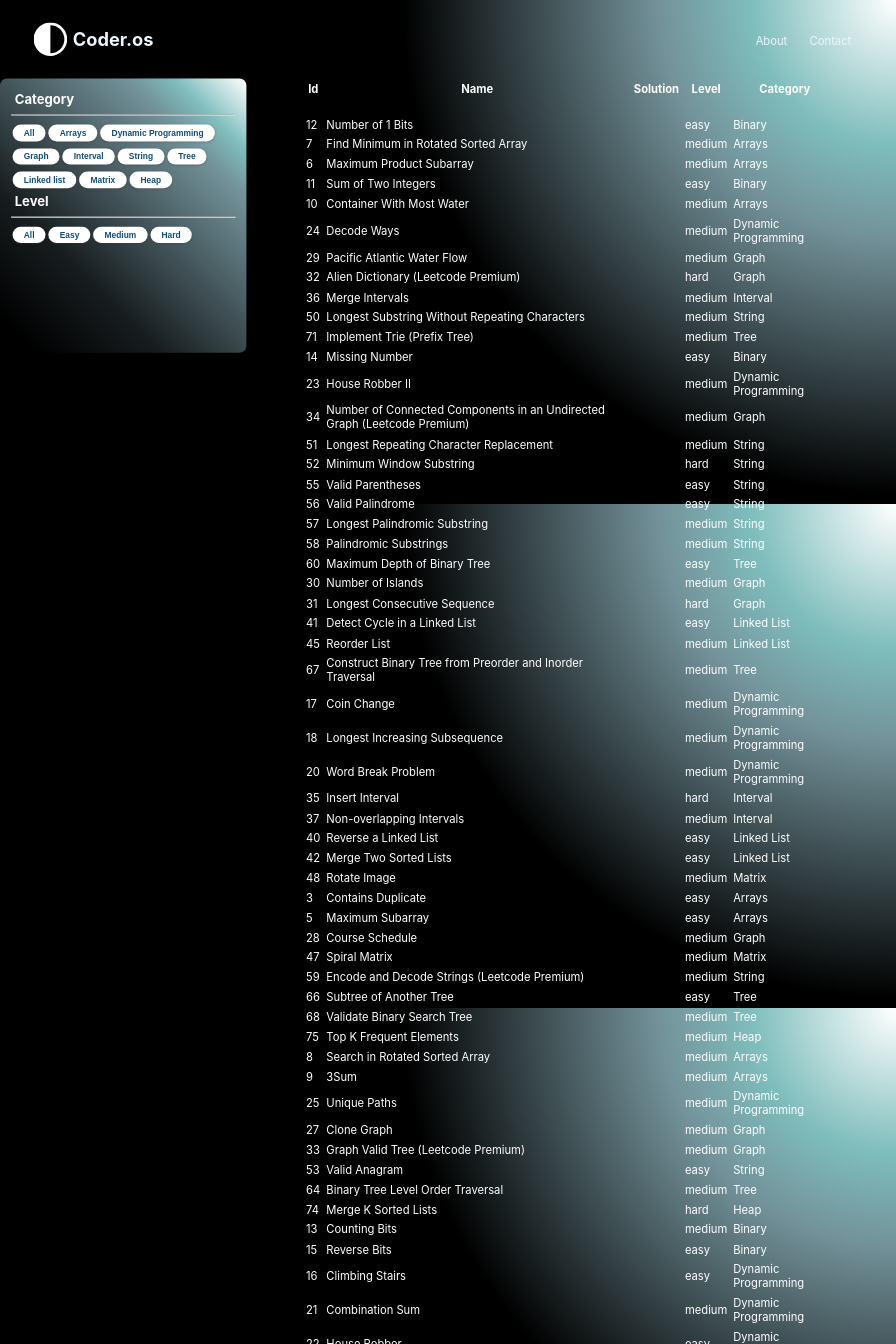
Repository: xoshiraghavx/Coder.os
Page: /mainpage (app in my-app/)
An editor plug-in stored every save of this project. The page is shown before and after a run of saves, followed by the edit.
The browser window is 1280 px wide. The pictures show the part of the page from y = 0 to 1920 px (the page is 2553 px tall before and 3436 px after), at 70% of full size.
Backgrounds fixed to the window are drawn as part of the page. The project was rebuilt for these pictures with package versions that can differ from the ones it lists, and the page was loaded fresh each time. Also part of the build but not shown: my-app/src/components/Home/Home.css, my-app/src/components/Home/Home.jsx.

Above is the page before, as saved 2022-12-17 14:05:34.

### my-app/public/index.html
<!DOCTYPE html>
<html lang="en">
  <head>
    <meta charset="utf-8" />
    <link rel="icon" href="%PUBLIC_URL%/assests/logo.png" />
    <meta name="viewport" content="width=device-width, initial-scale=1" />
    <meta name="theme-color" content="#000000" />
    <meta
      name="description"
      content="Web site created using create-react-app"
    />
    <link rel="apple-touch-icon" href="%PUBLIC_URL%/logo192.png" />
    <!--
      manifest.json provides metadata used when your web app is installed on a
      user's mobile device or desktop. See https://developers.google.com/web/fundamentals/web-app-manifest/
    -->
    <link rel="manifest" href="%PUBLIC_URL%/manifest.json" />
    <!--
      Notice the use of %PUBLIC_URL% in the tags above.
      It will be replaced with the URL of the `public` folder during the build.
      Only files inside the `public` folder can be referenced from the HTML.

      Unlike "/favicon.ico" or "favicon.ico", "%PUBLIC_URL%/favicon.ico" will
      work correctly both with client-side routing and a non-root public URL.
      Learn how to configure a non-root public URL by running `npm run build`.
    -->
    <title>Coder.os</title>
  </head>
  <body>
    <noscript>You need to enable JavaScript to run this app.</noscript>
    <div id="root"></div>
    <!--
      This HTML file is a template.
      If you open it directly in the browser, you will see an empty page.

      You can add webfonts, meta tags, or analytics to this file.
      The build step will place the bundled scripts into the <body> tag.

      To begin the development, run `npm start` or `yarn start`.
      To create a production bundle, use `npm run build` or `yarn build`.
    -->
  </body>
</html>

### my-app/src/index.js
import React from 'react';
import ReactDOM from 'react-dom/client';
import './index.css';
import App from './App';
import {BrowserRouter as Router} from "react-router-dom";


const root = ReactDOM.createRoot(document.getElementById('root'));
root.render(
  <Router>
  <App />
  </Router>

);

// If you want to start measuring performance in your app, pass a function
// to log results (for example: reportWebVitals(console.log))
// or send to an analytics endpoint. Learn more: https://bit.ly/CRA-vitals

### my-app/src/index.css
body {
  height: 100%;
  padding: 0;
  margin: 0;
  font-family: -apple-system, BlinkMacSystemFont, 'Segoe UI', 'Roboto', 'Oxygen',
    'Ubuntu', 'Cantarell', 'Fira Sans', 'Droid Sans', 'Helvetica Neue',
    sans-serif;
  -webkit-font-smoothing: antialiased;
  -moz-osx-font-smoothing: grayscale;
background: rgb(255,255,255);
background: radial-gradient(circle at top right, rgba(255,255,255,1) 0%, rgba(127,190,189,1) 14%, rgba(115,146,154,1) 23%, rgba(0,0,0,1) 48%);
background-repeat: no-repeat;
height: 100%;
background-attachment: fixed;
/* color: #fff; */
}

code {
  font-family: source-code-pro, Menlo, Monaco, Consolas, 'Courier New',
    monospace;
}

/*
===============
Variables
===============
*/

:root {
  /* dark shades of primary color*/
  --clr-primary-1: hsl(205, 86%, 17%);
  --clr-primary-2: hsl(205, 77%, 27%);
  --clr-primary-3: hsl(205, 72%, 37%);
  --clr-primary-4: hsl(205, 63%, 48%);
  /* primary/main color */
  --clr-primary-5: hsl(205, 78%, 60%);
  /* lighter shades of primary color */
  --clr-primary-6: hsl(205, 89%, 70%);
  --clr-primary-7: hsl(205, 90%, 76%);
  --clr-primary-8: hsl(205, 86%, 81%);
  --clr-primary-9: hsl(205, 90%, 88%);
  --clr-primary-10: hsl(205, 100%, 96%);
  /* darkest grey - used for headings */
  --clr-grey-1: hsl(209, 61%, 16%);
  --clr-grey-2: hsl(211, 39%, 23%);
  --clr-grey-3: hsl(209, 34%, 30%);
  --clr-grey-4: hsl(209, 28%, 39%);
  /* grey used for paragraphs */
  --clr-grey-5: hsl(210, 22%, 49%);
  --clr-grey-6: hsl(209, 23%, 60%);
  --clr-grey-7: hsl(211, 27%, 70%);
  --clr-grey-8: hsl(210, 31%, 80%);
  --clr-grey-9: hsl(212, 33%, 89%);
  --clr-grey-10: hsl(210, 36%, 96%);
  --clr-white: #fff;
  --clr-red-dark: hsl(360, 67%, 44%);
  --clr-red-light: hsl(360, 71%, 66%);
  --clr-green-dark: hsl(125, 67%, 44%);
  --clr-green-light: hsl(125, 71%, 66%);
  --clr-black: #222;
  --ff-primary: "Roboto", sans-serif;
  --ff-secondary: "Open Sans", sans-serif;
  --transition: all 0.3s linear;
  --spacing: 0.1rem;
  --radius: 0.25rem;
  --light-shadow: 0 5px 15px rgba(0, 0, 0, 0.1);
  --dark-shadow: 0 5px 15px rgba(0, 0, 0, 0.2);
  --max-width: 1170px;
  --fixed-width: 620px;
}
h1{
  color: var(--clr-primary-10);
}

### my-app/src/App.jsx
import React from "react";
import Home from "./components/Home/Home";
import MainPage from "./components/MainPage/MainPage";
import {Routes, Route} from "react-router-dom";

function App() {
  return (

     <Routes>
        <Route path="/" element={<Home />} />
          <Route path="/mainpage" element={<MainPage />} />
      </Routes>
  );
}

export default App;

### my-app/src/components/MainPage/MainPage.jsx
import "./MainPage.css";
import FilterSection from "./FilterSection";
import QuestionBank from "./QuestionBank";
import NavBar from "../NavBar/Navbar";

function MainPage() {
  return (
    <div>
      <NavBar />
      <div className="main-section">
        <FilterSection />
        <QuestionBank />
      </div>
    </div>
  );
}

export default MainPage;

### my-app/src/components/NavBar/Navbar.jsx
import "./NavBar.css";

function NavBar() {
  return (
    <div className="navbar">
      <div className="navbar-wrapper">
        <div className="navbar-logo">
          <img src="assests/code-simple.svg" alt="" />
          <div className="nav-bar-logo__name">Coder.os</div>
        </div>
        <div className="navbar-list">
          <ul>
            <li>
              <a>About</a>
            </li>
            <li>
              <a>Contact</a>
            </li>
          </ul>
        </div>
      </div>
    </div>
  );
}

export default NavBar;

### my-app/src/components/MainPage/MainPage.css

.main-section {
  display: flex;
  flex-direction: row;
}
@media only screen and (max-width: 1100px){
  .main-section{
      display: flex;
     flex-direction: column;
  }
}

### my-app/src/components/MainPage/FilterSection.jsx
import React from "react";
import "./FilterSection.css";

function FilterSection() {
  const Button = [
    {
      Name: "All",
    },
    {
      Name: "Arrays",
    },
    {
      Name: "Dynamic Programming",
    },
    {
      Name: "Graph",
    },
    {
      Name: "Interval",
    },
    {
      Name: "String",
    },
    {
      Name: "Tree",
    },
    {
      Name: "Linked list",
    },
    {
      Name: "Matrix",
    },
    {
      Name: "Heap",
    },
  ];
  const Level = [
    {
      Name: 'All',
    },
    {
      Name: 'Easy',
    },
    {
      Name: 'Medium',
    },
    {
      Name: 'Hard',
    }
  ]
  return (
    <div>
      <div className="filter-section">
        <div className="category">
          <div className="category-heading">
            <h3 className="title">Category</h3>
            <hr />
          </div>
          <div className="category-buttons">
          {Button.map((button) => (
            <button className="buttons">{button.Name}</button>
          ))}
          </div>
        </div>

        <div className="level">
          <div className="level-heading">
            <h3 className="title">Level</h3>
            <hr />
          </div>
        </div>
        <div className="level-buttons">
          {
            Level.map((level)=>(
              <button className="buttons">{level.Name}</button>
            ))
          }

        </div>
      </div>
    </div>
  );
}

export default FilterSection;

### my-app/src/components/MainPage/QuestionBank.jsx
import React from "react";
import "./QuestionBank.css";
import Questions from "../../assests/updated.json";

function QuestionBank() {
  return (
    <div>
      <div className="ques-section">
        <table id="customer">
          <tr>
            <th>Id</th>
            <th>Name</th>
            <th>Solution</th>
            <th>Level</th>
            <th>Category</th>
          </tr>
          <br />
          {Questions.map((question) => (
            <>
              <tr>
                <td>{question.Id}</td>
                <td>{question.Name}</td>
                <td>{question.Solution}</td>
                <td>{question.Level}</td>
                <td>{question.Category}</td>
              </tr>
            </>
          ))}
        </table>
      </div>
    </div>
  );
}

export default QuestionBank;

### my-app/src/components/NavBar/NavBar.css
.navbar-wrapper{
    height: auto;
    display: flex;
    flex-direction: row;
    padding: 2rem 3rem;
}
.navbar-logo img{
    height: 3rem;
}
.navbar-logo{
    display: flex;
    flex-direction: row;
    color: var(--clr-primary-10);
}
.nav-bar-logo__name{
    margin: 0.5rem;
    font-weight: bold;
    font-size: 26px;
}
.navbar-list ul{
    list-style-type: none;
    display: flex;
    flex-direction: row;
    margin: 0;
    padding: 0rem 3rem;
}
.navbar-list li a{
    padding: 0.5rem ;
    margin: 0.5rem;
    color: var(--clr-primary-10);
}
.navbar-list{
    position: absolute;
    right: 0;
    margin-top: 1rem;
}
.navbar-list li :hover{
    color: var(--clr-primary-1);
    cursor: pointer;
    font-size: large;
}
@media only screen and (max-width: 600px){
    .navbar-list ul{
        padding: 0rem;
    }
    .navbar-logo img{
        height: 2.5rem;
    }
   .nav-bar-logo__name{
        font-size: 20px;
    }
}

### my-app/src/components/MainPage/FilterSection.css
.filter-section {
  background: rgb(255, 255, 255);
  background: linear-gradient(
    225deg,
    rgba(255, 255, 255, 1) 0%,
    rgba(173, 213, 213, 1) 9%,
    rgba(136, 195, 194, 1) 13%,
    rgba(127, 190, 189, 1) 14%,
    rgba(115, 146, 154, 1) 23%,
    rgba(23, 29, 31, 1) 69%,
    rgba(0, 0, 0, 1) 93%
  );
  width: 20rem;
  height: 50vh;
  border-radius: 10px;
  border-color: white;
  padding: 1rem;
}
.buttons {
  background-color: white;
  padding: 0.3rem 1rem;
  border-radius: 100px;
  font-size: 12px;
  color: var(--clr-primary-2);
  font-weight: bold;
  margin: 5px 2px;
  box-shadow: rgba(60, 64, 67, 0.3) 0px 1px 2px 0px,
    rgba(60, 64, 67, 0.15) 0px 1px 3px 1px;
  border: none;
}
h3 {
  color: #ffffff;
}
.title {
  margin: auto;
  padding: 2px 5px;
}
.buttons:hover {
  cursor: pointer;
}
@media only screen and (max-width: 1100px){
  .filter-section{
    width: 80%;
    height: 20vh;
  }
}

### my-app/src/components/MainPage/QuestionBank.css
.ques-section{
    position: absolute;
    right: 0;
    margin-right: 5rem;
    width: 60%;
}
th, td {
    /* border:solid white; */
    color: #ffffff;
    padding: 0.2rem;
}
table{
    width: 100%;
}
#customers {
    font-family: Arial, Helvetica, sans-serif;
    border-collapse: collapse;
    width: 100%;
  }

  #customers td, #customers th {
    border: 1px solid #ddd;
    padding: 8px;
  }

  #customers tr:nth-child(even){background-color: #f2f2f2;}

  #customers tr:hover {background-color: #ddd;}

  #customers th {
    padding-top: 12px;
    padding-bottom: 12px;
    text-align: left;
    background-color: #04AA6D;
    color: white;
  }
.ques-bar{
   display: flex;
  flex-direction: row;
  font-weight: bold;
  justify-content: space-between;
  background: #ffffff;
  padding: 1rem;
  border-radius: 20px;
}
.ques-bank{
    margin-top: 1rem;
    background: #ffffff;
    padding: 1rem;
    font-weight: bold;
    border-radius: 20px;
}
.ques{
    display: flex;
    flex-direction: row;
    justify-content: space-between;
}
@media only screen and (max-width: 1100px){
    .ques-section{
        position: absolute;
        left: 0;
        top: 23rem;
        width: 80%;
        margin-left: 2rem;
    }
}

Loaded but not shown: my-app/src/assests/updated.json (677 lines, source omitted)

After the next 6 saves:
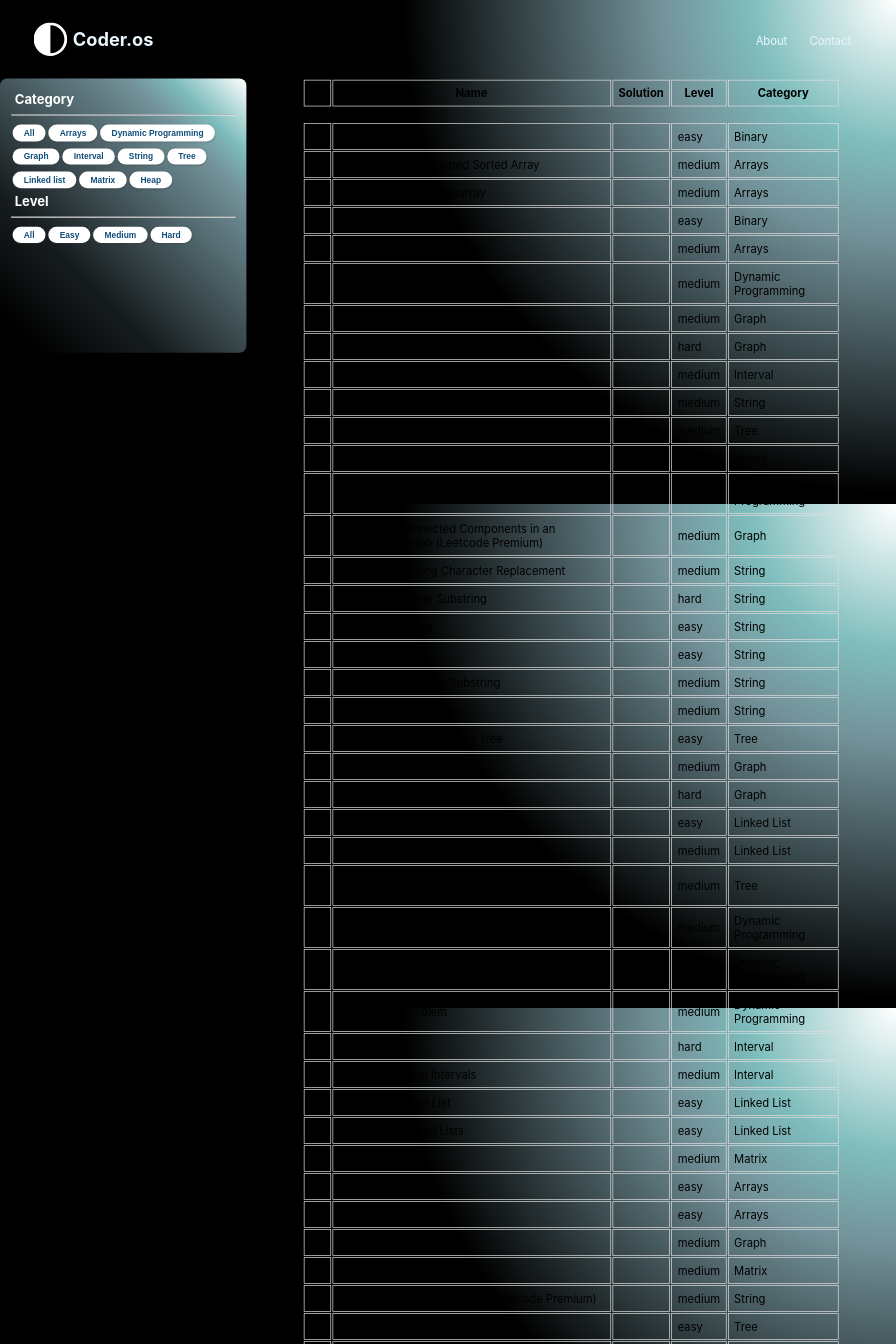
The 6 saves are shown as one change because they came seconds apart.
The last was saved 37 s later.
--- a/my-app/src/components/MainPage/QuestionBank.css
+++ b/my-app/src/components/MainPage/QuestionBank.css
@@ -5,9 +5,9 @@
     width: 60%;
 }
 th, td {
-    /* border:solid white; */
-    color: #ffffff;
     padding: 0.2rem;
+    border: 1px solid #ddd;
+    padding: 8px;
 }
 table{
     width: 100%;
@@ -19,8 +19,7 @@ table{
   }
 
   #customers td, #customers th {
-    border: 1px solid #ddd;
-    padding: 8px;
+
   }
 
   #customers tr:nth-child(even){background-color: #f2f2f2;}
